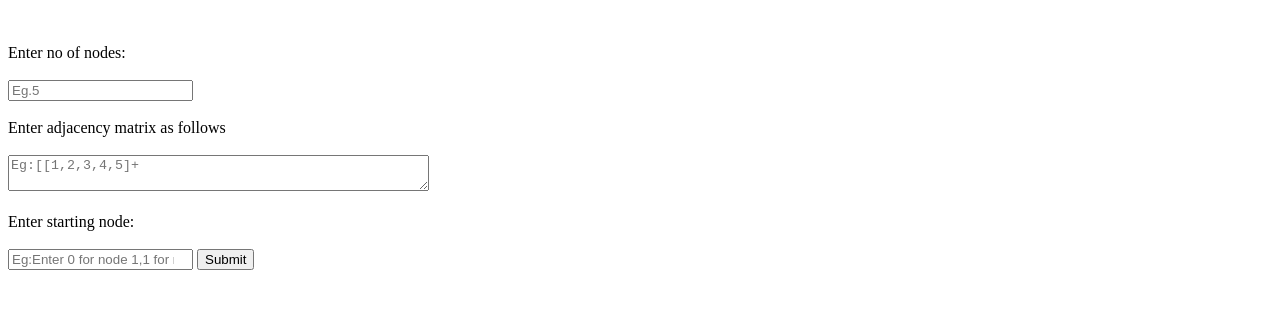
Repository: vinaybabu3962/ALGORITHMIC-TOOLBOX
Page: DAA_WT/webapp/Dijkstras.html
An editor plug-in stored every save of this project. The page is shown before and after the next save, followed by the edit.
The browser window is 1280 px wide. The pictures show the whole page.

Above is the page before, as saved 2021-07-04 09:58:25.

### DAA_WT/webapp/Dijkstras.html
<!DOCTYPE html>
<html>
<head>
<meta charset="ISO-8859-1">
<title>Dikstras</title>
</head>
<body>
<form action="dijkstra" method="POST">
<br><br>Enter no of nodes:
<br><br>
<input type="number" name="count" placeholder="Eg.5"  >
<br><br>
Enter adjacency matrix as follows
<br><br>
<textarea id="w3review" name="matrix" placeholder="Eg:[[1,2,3,4,5]+"\n"+[6,7,8,9,10]]"rows="10" cols="50"></textarea>
<br><br>
Enter starting node:
<br><br>
<input type="number" placeholder="Eg:Enter 0 for node 1,1 for node 2" name="start" >
 <input type="submit" value="Submit" >
</form>

</body>
</html>

After the next save:
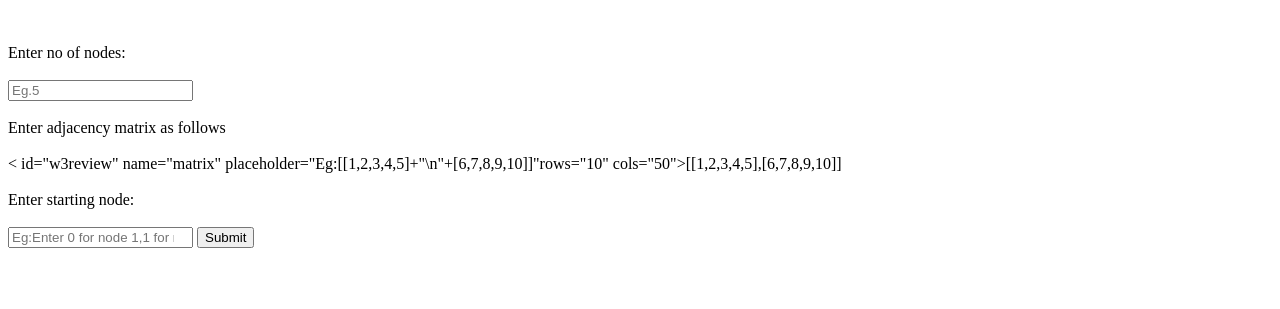
Saved 2 min 55 s later.
--- a/DAA_WT/webapp/Dijkstras.html
+++ b/DAA_WT/webapp/Dijkstras.html
@@ -12,7 +12,7 @@
 <br><br>
 Enter adjacency matrix as follows
 <br><br>
-<textarea id="w3review" name="matrix" placeholder="Eg:[[1,2,3,4,5]+"\n"+[6,7,8,9,10]]"rows="10" cols="50"></textarea>
+< id="w3review" name="matrix" placeholder="Eg:[[1,2,3,4,5]+"\n"+[6,7,8,9,10]]"rows="10" cols="50">[[1,2,3,4,5],[6,7,8,9,10]]</textarea>
 <br><br>
 Enter starting node:
 <br><br>
